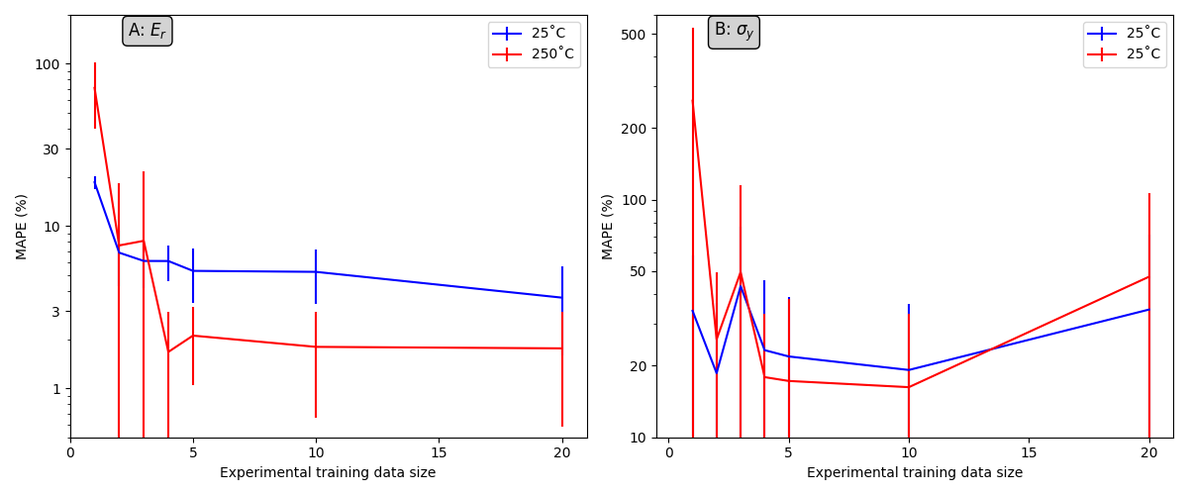
Repository: JoeSpencer1/temperature-dependant
Script's output: python src/figures.py
The author's editor kept a copy of each file at every save. The script's output is drawn from the files as they stood at one save, then again after the next save.
The pictures are shown at 99% of full size.
Each picture stacks the figures in order, with grey between them; figures that are only written to a file come last. Random numbers start from a fixed seed.

Above is the script's output before, as saved 2023-10-29 15:09:51.

### src/figures.py
import matplotlib.pyplot as plt

n = [1, 2, 3, 4, 5, 10, 20]
n1 = n
# 25˚C
Ti25E = [18.619205, 6.8593493, 6.0983825, 6.091887, 5.298505, 5.2244196, 3.6239312]
εTi25E = [1.6743975, 2.5646875, 1.9379541, 1.4813129, 1.9537387, 1.9212662, 2.01604]
Ti25σ = [34.068943, 18.617916, 43.272, 23.271488, 21.895184, 19.204937, 34.49958]
εTi25σ = [24.325975, 18.127224, 33.714092, 22.803173, 17.10482, 17.321714, 36.6192]
# 250˚C
Ti250E = [70.95709, 7.5985556, 8.114405, 1.6784289, 2.1151547, 1.8030748, 1.7651669]
εTi250E = [31.052818, 10.786752, 13.492649, 1.3040054, 1.0622171, 1.1414853, 1.182222]
Ti250σ = [261.21823, 25.825928, 49.60928, 17.916042, 17.266216, 16.254345, 47.430775]
εTi250σ = [270.2345, 23.495884, 65.91791, 15.266485, 21.114838, 16.953184, 59.20635]

fig, (ax1, ax2) = plt.subplots(1, 2, figsize=(12, 5))
ax1.errorbar(n, Ti25E, yerr = εTi25E, color = 'blue', label = "25˚C")
ax1.errorbar(n, Ti250E, yerr = εTi250E, color = 'red', label = "250˚C")
ax1.set_yscale('log')
ax1.set_ylim([0.5, 200])
ax1.set_xlim([0, 21])
ax1.set_xticks([0, 5, 10, 15, 20])
ax1.set_yticks([1, 3, 10, 30, 100])
ax1.set_yticklabels([1, 3, 10, 30, 100])
ax1.legend()
ax1.set_ylabel("MAPE (%)")
ax1.set_xlabel("Experimental training data size")
ax1.annotate("A: $E_{r}$", xy=(0.15, 0.95), xycoords="axes fraction",
              fontsize=12, ha="center",
              bbox=dict(boxstyle="round,pad=0.3", edgecolor="black", facecolor="lightgray"))

ax2.errorbar(n1, Ti25σ, yerr = εTi25σ, color = 'blue', label = "25˚C")
ax2.errorbar(n1, Ti250σ, yerr = εTi250σ, color = 'red', label = "25˚C")
ax2.set_yscale('log')
ax2.set_ylim([10, 600])
ax2.set_xlim([-0.5, 21])
ax2.set_xticks([0, 5, 10, 15, 20])
ax2.set_yticks([10, 20, 50, 100, 200, 500])
ax2.set_yticklabels([10, 20, 50, 100, 200, 500])
ax2.legend()
ax2.set_ylabel("MAPE (%)")
ax2.set_xlabel("Experimental training data size")
plt.subplots_adjust(bottom=0.180)
fig.tight_layout()
ax2.annotate("B: $\sigma_{y}$", xy=(0.15, 0.95), xycoords="axes fraction",
              fontsize=12, ha="center",
              bbox=dict(boxstyle="round,pad=0.3", edgecolor="black", facecolor="lightgray"))
plt.savefig("/Users/Joe/Desktop/figure1.jpeg", dpi=800, bbox_inches="tight")
plt.show()

After the next save:
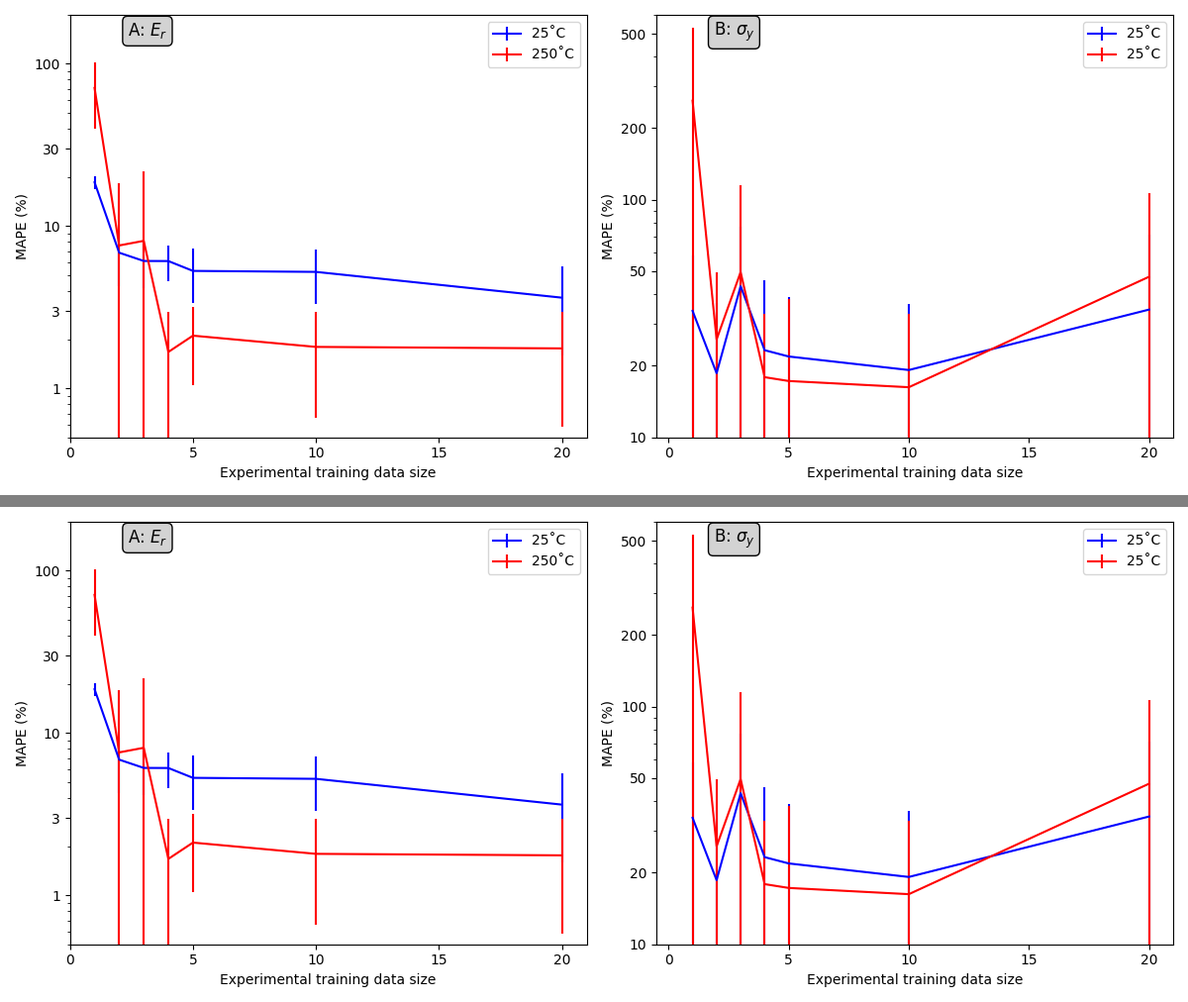
Saved 15 min 20 s later.
--- a/src/figures.py
+++ b/src/figures.py
@@ -12,6 +12,16 @@ Ti250E = [70.95709, 7.5985556, 8.114405, 1.6784289, 2.1151547, 1.8030748, 1.7651
 εTi250E = [31.052818, 10.786752, 13.492649, 1.3040054, 1.0622171, 1.1414853, 1.182222]
 Ti250σ = [261.21823, 25.825928, 49.60928, 17.916042, 17.266216, 16.254345, 47.430775]
 εTi250σ = [270.2345, 23.495884, 65.91791, 15.266485, 21.114838, 16.953184, 59.20635]
+# 500˚C/250˚C
+Ti500E = [46.683464, 38.522774, 24.701038, 22.080563, 22.1474, 21.659185, 16.620623]
+εTi500E = [6.765701, 10.513843, 11.301726, 10.384357, 9.72246, 11.2682905, 11.029994]
+Ti500σ = [84.67531, 105.72215, 45.78838, 69.46997, 60.99529, 55.9422, 49.83204]
+εTi500σ = [46.46603, 74.18298, 39.670254, 57.913757, 35.607227, 45.5547, 38.628445]
+# 25˚C/250˚C
+Ti25250E = [41.319565, 34.81656, 33.59124, 31.09554, 33.010456, 32.823563, 40.46569]
+εTi25250E = [1.6541697, 6.365257, 4.6176863, 2.6873071, 3.4111104, 2.5400345, 8.93229]
+Ti25250σ = [168.42062, 67.375565, 123.53137, 152.6323, 187.2847, 97.121, 52.3555]
+εTi25250σ = [240.32188, 32.01899, 141.78886, 136.91542, 330.77194, 63.82302, 58.671406]
 
 fig, (ax1, ax2) = plt.subplots(1, 2, figsize=(12, 5))
 ax1.errorbar(n, Ti25E, yerr = εTi25E, color = 'blue', label = "25˚C")
@@ -47,3 +57,39 @@ ax2.annotate("B: $\sigma_{y}$", xy=(0.15, 0.95), xycoords="axes fraction",
               bbox=dict(boxstyle="round,pad=0.3", edgecolor="black", facecolor="lightgray"))
 plt.savefig("/Users/Joe/Desktop/figure1.jpeg", dpi=800, bbox_inches="tight")
 plt.show()
+
+
+fig, (ax1, ax2) = plt.subplots(1, 2, figsize=(12, 5))
+ax1.errorbar(n, Ti25E, yerr = εTi25E, color = 'blue', label = "25˚C")
+ax1.errorbar(n, Ti250E, yerr = εTi250E, color = 'red', label = "250˚C")
+ax1.set_yscale('log')
+ax1.set_ylim([0.5, 200])
+ax1.set_xlim([0, 21])
+ax1.set_xticks([0, 5, 10, 15, 20])
+ax1.set_yticks([1, 3, 10, 30, 100])
+ax1.set_yticklabels([1, 3, 10, 30, 100])
+ax1.legend()
+ax1.set_ylabel("MAPE (%)")
+ax1.set_xlabel("Experimental training data size")
+ax1.annotate("A: $E_{r}$", xy=(0.15, 0.95), xycoords="axes fraction",
+              fontsize=12, ha="center",
+              bbox=dict(boxstyle="round,pad=0.3", edgecolor="black", facecolor="lightgray"))
+
+ax2.errorbar(n1, Ti25σ, yerr = εTi25σ, color = 'blue', label = "25˚C")
+ax2.errorbar(n1, Ti250σ, yerr = εTi250σ, color = 'red', label = "25˚C")
+ax2.set_yscale('log')
+ax2.set_ylim([10, 600])
+ax2.set_xlim([-0.5, 21])
+ax2.set_xticks([0, 5, 10, 15, 20])
+ax2.set_yticks([10, 20, 50, 100, 200, 500])
+ax2.set_yticklabels([10, 20, 50, 100, 200, 500])
+ax2.legend()
+ax2.set_ylabel("MAPE (%)")
+ax2.set_xlabel("Experimental training data size")
+plt.subplots_adjust(bottom=0.180)
+fig.tight_layout()
+ax2.annotate("B: $\sigma_{y}$", xy=(0.15, 0.95), xycoords="axes fraction",
+              fontsize=12, ha="center",
+              bbox=dict(boxstyle="round,pad=0.3", edgecolor="black", facecolor="lightgray"))
+plt.savefig("/Users/Joe/Desktop/figure1.jpeg", dpi=800, bbox_inches="tight")
+plt.show()
